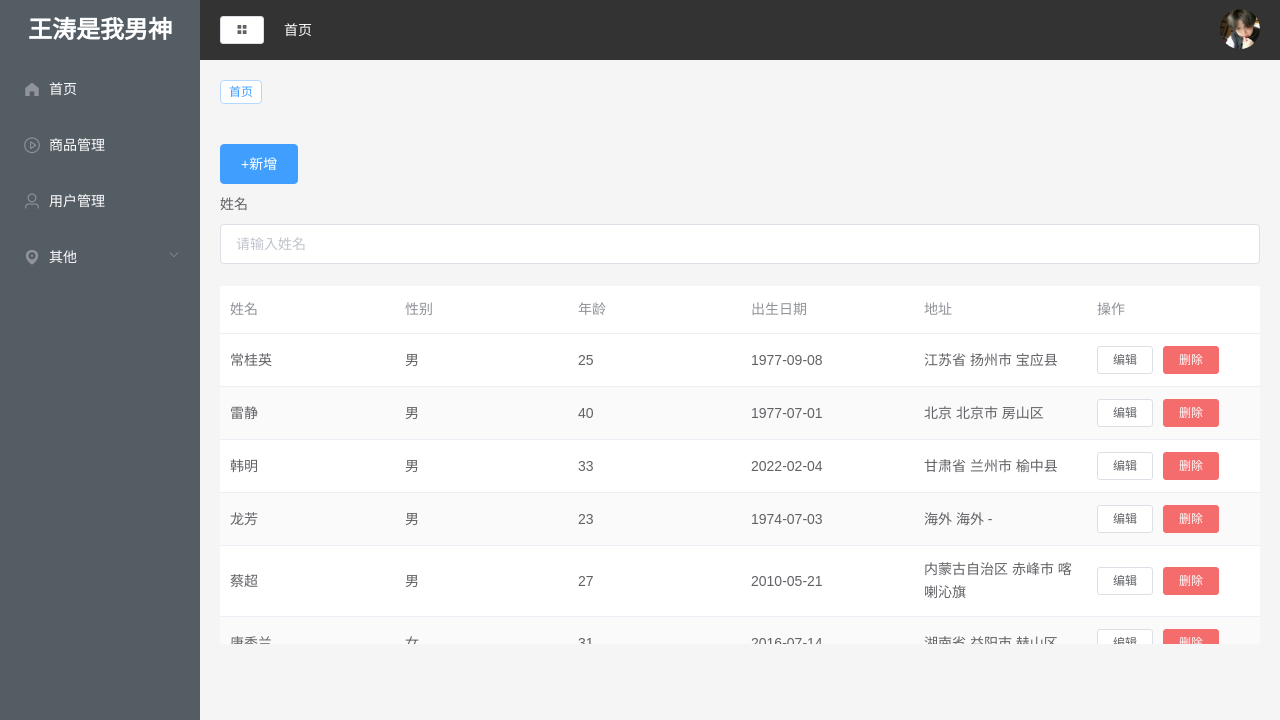
Repository: wangtao20230308/-
Page: /user
An editor plug-in stored every save of this project. The page is shown before and after the next save, followed by the edit.
The browser window is 1280 px wide. The pictures show the whole page.
The project was rebuilt for these pictures with package versions that can differ from the ones it lists, and the page was loaded fresh each time. Also part of the build but not shown: src/views/Home.vue, src/views/Mall.vue, src/views/PageOne.vue, src/views/PageTwo.vue.

Above is the page before, as saved 2023-03-27 13:47:05.

### src/main.js
import Vue from 'vue'
import App from './App.vue'
// //element-ui全局引入
// import ElementUI from 'element-ui';
// import 'element-ui/lib/theme-chalk/index.css';
// //element-ui转换成一个插件
// Vue.use(ElementUI);

//ele按需导入
import {
  Pagination,
  MessageBox,
  DatePicker,
  Select,
  Option,
  Form,
  FormItem,
  Input,
  Dialog,
  Tag,
  Breadcrumb,
  BreadcrumbItem,
  Table,
  TableColumn,
  Col,
  Row,
  Card,
  Button,
  Radio,
  Container,
  Aside,
  Header,
  Main,
  Menu,
  Submenu,
  MenuItemGroup,
  MenuItem,
  Dropdown,
  DropdownMenu,
  DropdownItem,
} from 'element-ui'
import 'element-ui/lib/theme-chalk/index.css'
import './assets/less/index.less'
Vue.use(Button)
Vue.use(Radio)
Vue.use(Container)
Vue.use(Aside)
Vue.use(Header)
Vue.use(Main)
Vue.use(Menu)
Vue.use(Submenu)
Vue.use(MenuItemGroup)
Vue.use(MenuItem)
Vue.use(Dropdown)
Vue.use(DropdownMenu)
Vue.use(DropdownItem)
Vue.use(Card)
Vue.use(Row)
Vue.use(Col)
Vue.use(Table)
Vue.use(TableColumn)
Vue.use(Breadcrumb)
Vue.use(BreadcrumbItem)
Vue.use(Tag)
Vue.use(Dialog)
Vue.use(Form)
Vue.use(FormItem)
Vue.use(Input)
Vue.use(Select)
Vue.use(Option)
Vue.use(DatePicker)
Vue.use(Pagination)

Vue.component(MessageBox.name, MessageBox) // 全局注册组件， 若使用Vue.use()会再初始时候执行一次，有bug
Vue.prototype.$message = MessageBox // 挂载到vm实例上
Vue.prototype.$confirm = MessageBox // 挂载到vm实例上

//路由引入
import router from './router'
import store from './store'
import './api/mock'

Vue.config.productionTip = false

new Vue({
  router,
  store, //把store挂载到vue实例上
  render: (h) => h(App),
}).$mount('#app')

### src/App.vue
<template>
  <div id="app">
    <router-view></router-view>
  </div>
</template>

<script>
//import HelloWorld from './components/HelloWorld.vue'

export default {
  name: 'App',
  components: {
    //HelloWorld
  },
}
</script>

<style lang="less">
html,
body,
h3,
p {
  padding: 0;
  margin: 0;
}
#app {
  height: 100vh;
}
</style>

### src/router/index.js
//import { hasOwnMetadata } from 'core-js/fn/reflect'
import Vue from 'vue'
import VueRouter from 'vue-router'
import Main from '../views/Main.vue'
import Home from '../views/Home.vue'
import User from '../views/User.vue'
import Mall from '../views/Mall.vue'
import PageOne from '../views/PageOne.vue'
import PageTwo from '../views/PageTwo.vue'

Vue.use(VueRouter)

const routes = [
  //主路由
  {
    path: '/',
    name: 'Main',
    //按需引入组件
    //原型：component: import()
    component: Main,
    redirect: '/home',
    children: [
      //子路由（嵌套路由）
      {
        //首页
        path: 'home',
        name: 'home',
        component: Home,
      },
      {
        //用户页
        path: 'user',
        name: 'user',
        component: User,
      },
      {
        //商品管理
        path: 'mall',
        name: 'mall',
        component: Mall,
      },
      {
        //页面1
        path: 'page1',
        name: 'page1',
        component: PageOne,
      },
      {
        //页面2
        path: 'page2',
        name: 'page2',
        component: PageTwo,
      },
      // {
      //   path: '/user',
      //   name: 'user',
      //   //按需引入组件
      //   //原型：component: import()
      //   component: () => import('../views/User')
      // }
    ],
  },
]

// new VueRouter({
//   mode: 'history',
// })
const router = new VueRouter({
  mode: 'history',
  routes,
})

//导出路由
export default router

### src/store/index.js
import Vue from 'vue'
import Vuex from 'vuex'
import tab from './tab'

//全局注入状态管理vuex
Vue.use(Vuex)

//创建vuex的实例
export default new Vuex.Store({
  modules: {
    tab,
  },
})

### src/api/mock.js
import Mock from 'mockjs'
import homeApi from './mockServeData/home'
import user from './mockServeData/user'

//定义mock请求拦截
// Mock.mock('/api/home/getData', 'get', function () {
//   //拦截到请求后的处理逻辑
//   console.log('拦截到了')
//   return 1
// })
Mock.mock('/api/home/getData', 'get', homeApi.getStatisticalData)

//用户列表的数据
Mock.mock('/api/user/add', 'post', user.createUser) //新增
Mock.mock('/api/user/edit', 'post', user.updateUser) //编辑
Mock.mock('/api/user/del', 'post', user.deleteUser) //删除
Mock.mock(/api\/user\/getUser/, 'get', user.getUserList) //获取表格数据

### src/assets/less/home.less
.home {
    .user {
      display: flex;
      align-items: center;
      padding-bottom: 20px;
      margin-bottom: 20px;
      border-bottom: 1px solid #ccc;
      img {
        width: 150px;
        height: 150px;
        border-radius: 50%;
        margin-right: 40px;
      }
      &info {
        .name {
          font-size: 32px;
          margin-bottom: 10px;
        }
        .access {
          color: #999999;
        }
      }
    }
    .login-info {
      p {
        line-height: 28px;
        font-size: 14px;
        color: #999999;
        span {
          color: #666666;
          margin-left: 60px;
        }
      }
    }
    .num {
      display: flex;
      flex-wrap: wrap;
      justify-content: space-between;
      .el-card {
        width: 32%;
        margin-bottom: 20px;
      }
      .icon {
        font-size: 30px;
        width: 80px;
        height: 80px;
        text-align: center;
        line-height: 80px;
        color: #fff;
      }
      .detail {
        margin-left: 15px;
        display: flex;
        flex-direction: column;
        justify-content: center;
        .num {
          font-size: 30px;
          margin-bottom: 10px;
        }
        .txt {
          font-size: 14px;
          text-align: center;
          color: #999999;
        }
      }
    }
    .graph {
      margin-top: 20px;
      display: flex;
      justify-content: space-between;
      .el-card {
        width: 48%;
      }
    }
  }

### src/views/Main.vue
<template>
  <el-container style="height: 100%">
    <el-aside width="auto">
      <!-- aside -->
      <common-aside></common-aside>
    </el-aside>
    <el-container>
      <el-header>
        <!-- Header -->
        <common-header></common-header>
      </el-header>
      <common-tag />
      <el-main>
        <!-- 路由出口，匹配到的组件都渲染在这里 -->
        <router-view></router-view>
      </el-main>
    </el-container>
  </el-container>
</template>

<script>
import CommonAside from '../components/CommonAside.vue'
import CommonHeader from '../components/CommonHeader.vue'
import commonTag from '../components/commonTag.vue'
export default {
  name: 'Main',
  components: {
    CommonAside,
    CommonHeader,
    commonTag,
  },
  data() {
    return {}
  },
}
</script>

<style lang="less" scoped>
.el-header {
  background-color: #333;
}
// .el-main {
//   padding-top: 0;
// }
</style>

### src/views/User.vue
<template>
  <div class="manage">
    <div>
      <el-dialog title="提示" :visible.sync="dialogVisible" width="50%" :before-close="handleClose">
        <!-- 用户的表单信息 -->
        <el-form ref="form" :model="form" label-width="80px" :inline="true" :rules="rules">
          <el-form-item label="姓名" prop="name">
            <el-input placeholder="请输入姓名" v-model="form.name"></el-input>
          </el-form-item>
          <el-form-item label="年龄" prop="age">
            <el-input placeholder="请输入年龄" v-model="form.age"></el-input>
          </el-form-item>
          <el-form-item label="性别" prop="sex">
            <el-select v-model="form.sex" placeholder="请选择">
              <el-option label="男" :value="1"></el-option>
              <el-option label="女" :value="0"></el-option>
            </el-select>
          </el-form-item>
          <el-form-item label="出生日期" prop="birth">
            <el-date-picker v-model="form.birth" type="datetime" placeholder="选择日期时间" value-format="yyyy-DD-MM"> </el-date-picker>
          </el-form-item>
          <el-form-item label="地址" prop="addr">
            <el-input placeholder="请输入地址" v-model="form.addr"></el-input>
          </el-form-item>
        </el-form>
        <span slot="footer" class="dialog-footer">
          <el-button @click="cancel">取 消</el-button>
          <el-button type="primary" @click="submit">确 定</el-button>
        </span>
      </el-dialog>
    </div>
    <div class="manage-header">
      <el-button type="primary" @click="handleAdd">+新增</el-button>
      <!-- form搜索区域 -->
      <el-form :model="serchForm">
        <el-form-item label="姓名" prop="name">
          <el-input placeholder="请输入姓名" v-model="serchForm.name"></el-input>
        </el-form-item>
      </el-form>
    </div>
    <div class="common-table">
      <el-table :data="tableData" style="width: 100%" height="90%" stripe>
        <el-table-column prop="name" label="姓名"> </el-table-column>
        <el-table-column prop="sex" label="性别">
          <template slot-scope="scope">
            <span>{{ scope.row.sex === 1 ? '男' : '女' }}</span>
          </template>
        </el-table-column>
        <el-table-column prop="age" label="年龄"> </el-table-column>
        <el-table-column prop="birth" label="出生日期"> </el-table-column>
        <el-table-column prop="addr" label="地址"> </el-table-column>
        <el-table-column prop="action" label="操作">
          <template slot-scope="scope">
            <el-button size="mini" @click="handleEidt(scope.row)">编辑</el-button>
            <el-button size="mini" type="danger" @click="handleDelete(scope.row)">删除</el-button>
          </template>
        </el-table-column>
      </el-table>
      <div class="pager">
        <el-pagination layout="prev, pager, next" :total="total" @current-change="handlePage"> </el-pagination>
      </div>
    </div>
  </div>
</template>
<script>
import { getUser, addUser, editUser, delUser } from '../api'
export default {
  name: 'User',
  data() {
    return {
      dialogVisible: false,
      form: {
        name: '',
        age: '',
        sex: '',
        birth: '',
        addr: '',
      },
      rules: {
        name: [{ required: true, message: '请输入姓名', trigger: 'blur' }],
        age: [{ required: true, message: '请输入年龄', trigger: 'blur' }],
        sex: [{ required: true, message: '请选择性别', trigger: 'blur' }],
        birth: [{ required: true, message: '请输入出生日期', trigger: 'blur' }],
        addr: [{ required: true, message: '请输入地址', trigger: 'blur' }],
      },
      tableData: [],
      modalType: 0, //通过该字段管理弹窗是新增还是删除，0表示新增，1表示删除
      total: 0, //当前总条数，默认为0
      pageData: {
        page: 1,
        limit: 10,
      }, //分页参数
      serchForm: {
        name: '',
      },
    }
  },
  methods: {
    //点击确定，提交用户表单
    submit() {
      this.$refs.form.validate((valid) => {
        //判断是否校验，参数valid为boolean值
        if (valid) {
          //校验成功，后续对表单的处理
          console.log(valid, 'valid')
          console.log(this.form, '拿到表单提交后的form数据')
          if (this.modalType === 0) {
            //如果·为0，调用新增接口addUser
            addUser(this.form).then(() => {
              //重新获取列表数据
              this.getList()
            })
          } else {
            editUser(this.form).then(() => {
              //重新获取列表数据
              this.getList()
            })
          }
          this.$refs.form.resetFields()
          //关闭弹窗
          this.dialogVisible = false
        }
      })
    },
    handleClose() {
      this.$refs.form.resetFields()
      this.dialogVisible = false
    },
    cancel() {
      this.handleClose()
    },
    // cancel() {
    //   this.$refs.form.resetFields()
    //   this.dialogVisible = false
    // },
    handleAdd() {
      this.modalType = 0
      this.dialogVisible = true
    },
    handleEidt(rowData) {
      this.modalType = 1
      console.log(rowData)
      this.dialogVisible = true
      //需要深拷贝，不然会直接修改会改变tableData里面的数据，会报错
      this.form = JSON.parse(JSON.stringify(rowData))
    },
    handleDelete(rowData) {
      console.log(rowData)
      this.$confirm('此操作将永久删除该文件, 是否继续?', '提示', {
        confirmButtonText: '确定',
        cancelButtonText: '取消',
        type: 'warning',
      })
        .then(() => {
          delUser({ id: rowData.id }).then(() => {
            this.$message({
              type: 'success',
              message: '删除成功!',
            })
            //重新获取列表数据
            this.getList()
          })
        })
        .catch(() => {
          this.$message({
            type: 'info',
            message: '已取消删除',
          })
        })
    },
    //选择页码回调,val是获取的页码值1、2、3、4、5....
    handlePage(val) {
      console.log(val, 'val')
      this.pageData.page = val
      this.getList()
    },
    //公共，获取列表数据
    getList() {
      // 获取列表数据
      getUser({ params: { ...this.serchForm.name, ...this.pageData } }).then(({ data }) => {
        console.log(data, 'data')
        this.tableData = data.list
        this.total = data.count || 0
      })
    },
  },
  mounted() {
    //每次加载重新刷新列表数据
    this.getList()
  },
}
</script>

<style lang="less" scoped>
.manage {
  height: 90%;
  .common-table {
    position: relative;
    height: calc(100% - 62px);
    .pager {
      position: absolute;
      bottom: 0;
      right: 20px;
    }
  }
}
</style>

### src/store/tab.js
//用来管理菜单的数据
export default {
  state: {
    isCollapse: false, // 控制菜单的展开还是收起
    tabsList: [
      {
        path: '/',
        name: 'home',
        label: '首页',
        icon: 's-home',
        url: 'Home/Home',
      },
    ], //面包屑数据
  },
  mutations: {
    //修改菜单展开收起的方法
    collapseMenu(state) {
      state.isCollapse = !state.isCollapse
    },
    //更新面包屑数据
    selectMenu(state, val) {
      //判断添加的数据是否为首页
      if (val.name !== 'home') {
        const index = state.tabsList.findIndex((item) => item.name === val.name)
        //如果不存在
        if (index === -1) {
          state.tabsList.push(val)
        }
      }
    },
    //删除指定的tag数据
    closeTag(state, item) {
      console.log(item, 'item')
      const index = state.tabsList.findIndex((val) => val.name === item.name)
      state.tabsList.splice(index, 1)
    },
  },
}

### src/api/mockServeData/home.js
// mock数据模拟
import Mock from 'mockjs'

// 图表数据
let List = []
export default {
  getStatisticalData: () => {
    //Mock.Random.float 产生随机数100到8000之间 保留小数 最小0位 最大0位
    for (let i = 0; i < 7; i++) {
      List.push(
        Mock.mock({
          苹果: Mock.Random.float(100, 8000, 0, 0),
          vivo: Mock.Random.float(100, 8000, 0, 0),
          oppo: Mock.Random.float(100, 8000, 0, 0),
          魅族: Mock.Random.float(100, 8000, 0, 0),
          三星: Mock.Random.float(100, 8000, 0, 0),
          小米: Mock.Random.float(100, 8000, 0, 0),
        })
      )
    }
    return {
      code: 20000,
      data: {
        // 饼图
        videoData: [
          {
            name: '小米',
            value: 2999,
          },
          {
            name: '苹果',
            value: 5999,
          },
          {
            name: 'vivo',
            value: 1500,
          },
          {
            name: 'oppo',
            value: 1999,
          },
          {
            name: '魅族',
            value: 2200,
          },
          {
            name: '三星',
            value: 4500,
          },
        ],
        // 柱状图
        userData: [
          {
            date: '周一',
            new: 5,
            active: 200,
          },
          {
            date: '周二',
            new: 10,
            active: 500,
          },
          {
            date: '周三',
            new: 12,
            active: 550,
          },
          {
            date: '周四',
            new: 60,
            active: 800,
          },
          {
            date: '周五',
            new: 65,
            active: 550,
          },
          {
            date: '周六',
            new: 53,
            active: 770,
          },
          {
            date: '周日',
            new: 33,
            active: 170,
          },
        ],
        // 折线图
        orderData: {
          date: ['20191001', '20191002', '20191003', '20191004', '20191005', '20191006', '20191007'],
          data: List,
        },
        //表格数据
        tableData: [
          {
            name: 'oppo',
            todayBuy: 500,
            monthBuy: 3500,
            totalBuy: 22000,
          },
          {
            name: 'vivo',
            todayBuy: 300,
            monthBuy: 2200,
            totalBuy: 24000,
          },
          {
            name: '苹果',
            todayBuy: 800,
            monthBuy: 4500,
            totalBuy: 65000,
          },
          {
            name: '小米',
            todayBuy: 1200,
            monthBuy: 6500,
            totalBuy: 45000,
          },
          {
            name: '三星',
            todayBuy: 300,
            monthBuy: 2000,
            totalBuy: 34000,
          },
          {
            name: '魅族',
            todayBuy: 350,
            monthBuy: 3000,
            totalBuy: 22000,
          },
        ],
      },
    }
  },
}

### src/components/CommonAside.vue
<template>
  <el-menu default-active="1-4-1" class="el-menu-vertical-demo" @open="handleOpen" @close="handleClose" :collapse="isCollapse" background-color="#545c64" text-color="#fff" active-text-color="#ffd04b">
    <h3>{{ isCollapse ? '王涛' : '王涛是我男神' }}</h3>
    <el-menu-item @click="clickMenu(item)" v-for="item in noChildrenMenu" :key="item.name" :index="item.name">
      <i :class="`el-icon-${item.icon}`"></i>
      <span slot="title">{{ item.label }}</span>
    </el-menu-item>
    <el-submenu v-for="item in hasChildrenMenu" :key="item.label" :index="item.label">
      <template slot="title">
        <i :class="`el-icon-${item.icon}`"></i>
        <span slot="title">{{ item.label }}</span>
      </template>
      <el-menu-item-group v-for="subItem in item.children" :key="subItem.path">
        <el-menu-item @click="clickMenu(subItem)" :index="subItem.path">{{ subItem.label }}</el-menu-item>
      </el-menu-item-group>
    </el-submenu>
  </el-menu>
</template>

<style lang="less">
.el-menu-vertical-demo:not(.el-menu--collapse) {
  width: 200px;
  min-height: 400px;
}
.el-menu {
  height: 100vh;
  border-right: none;
  h3 {
    color: #fff;
    // height: 48px;
    text-align: center;
    line-height: 60px;
    font-size: 24px;
    font-weight: 700;
    //喜欢哈哈哈
  }
}
</style>

<script>
export default {
  data() {
    return {
      // isCollapse: false,
      menuData: [
        {
          path: '/',
          name: 'home',
          label: '首页',
          icon: 's-home',
          url: 'Home/Home',
        },
        {
          path: '/mall',
          name: 'mall',
          label: '商品管理',
          icon: 'video-play',
          url: 'MallManage/MallManage',
        },
        {
          path: '/user',
          name: 'user',
          label: '用户管理',
          icon: 'user',
          url: 'UserManage/UserManage',
        },
        {
          label: '其他',
          icon: 'location',
          children: [
            {
              path: '/page1',
              name: 'page1',
              label: '页面1',
              icon: 'setting',
              url: 'Other/PageOne',
            },
            {
              path: '/page2',
              name: 'page2',
              label: '页面2',
              icon: 'setting',
              url: 'Other/PageTwo',
            },
          ],
        },
      ],
    }
  },
  methods: {
    handleOpen(key, keyPath) {
      console.log(key, keyPath)
    },
    handleClose(key, keyPath) {
      console.log(key, keyPath)
    },
    clickMenu(item) {
      console.log('======', item)
      if (this.$route.path !== item.path && !(this.$route.path === '/home' && item.path === '/')) this.$router.push(item.path)
      this.$store.commit('selectMenu', item)
    },
  },
  computed: {
    //没有子菜单的导航栏
    noChildrenMenu() {
      return this.menuData.filter((item) => !item.children)
    },
    //有子菜单的导航栏-->其他
    hasChildrenMenu() {
      return this.menuData.filter((item) => item.children)
    },
    isCollapse() {
      return this.$store.state.tab.isCollapse
    },
  },
}
</script>

### src/components/CommonHeader.vue
<template>
  <header>
    <div class="l-content">
      <el-button plain icon="el-icon-menu" size="mini" @click="handleMenu"></el-button>
      <!-- 面包屑 -->
      <el-breadcrumb separator="/">
        <el-breadcrumb-item v-for="item in tags" :key="item.path" :to="{ path: item.path }">{{ item.label }}</el-breadcrumb-item>
      </el-breadcrumb>
    </div>
    <div class="r-content">
      <el-dropdown trigger="click" size="mini">
        <span>
          <img class="user" :src="userImg" />
        </span>
        <el-dropdown-menu slot="dropdown">
          <el-dropdown-item>个人中心</el-dropdown-item>
          <el-dropdown-item>退出</el-dropdown-item>
        </el-dropdown-menu>
      </el-dropdown>
    </div>
  </header>
</template>

<script>
import { mapState } from 'vuex'
export default {
  name: 'CommonHeader',
  data() {
    return {
      userImg: require('../assets/images/user.png'),
    }
  },
  methods: {
    handleMenu() {
      this.$store.commit('collapseMenu')
    },
  },
  computed: {
    ...mapState({
      tags: (state) => state.tab.tabsList,
    }),
  },
}
</script>

<style lang="less" scoped>
header {
  display: flex;
  height: 100%;
  justify-content: space-between;
  align-items: center;
}
.l-content {
  display: flex;
  align-items: center;
  .el-button {
    margin-right: 20px;
  }
  /deep/ .el-breadcrumb__item {
    .el-breadcrumb__inner {
      font-style: normal;
      &.is-link {
        color: #666;
      }
    }
    &:last-child {
      .el-breadcrumb__inner {
        color: #fff;
      }
    }
  }
}
.r-content {
  .user {
    width: 40px;
    height: 40px;
    border-radius: 50%;
  }
}
</style>

### src/components/commonTag.vue
<template>
  <div class="tabs">
    <el-tag v-for="(item, index) in tags" :key="item.path" :effect="$route.name === item.name ? 'dark' : 'plain'" :closable="item.name !== 'home'" @click="changeMenu(item)" @close="handleClose(item, index)" size="small">
      {{ item.label }}
    </el-tag>
  </div>
</template>

<script>
import { mapState, mapMutations } from 'vuex'
export default {
  name: 'CommonTag',
  data() {
    return {}
  },
  computed: {
    ...mapState({
      tags: (state) => state.tab.tabsList,
    }),
  },
  methods: {
    ...mapMutations(['closeTag']),
    //点击tag跳转的功能
    changeMenu(item) {
      this.$router.push({ name: item.name })
    },
    //点击tag删除的功能
    handleClose(item, index) {
      // 调用store中的mutations
      this.closeTag(item)
      const length = this.tags.length
      //删除之后的跳转逻辑，1.删除非激活标签
      if (item.name !== this.$route.name) {
        return
      }
      //2.表示删除的最后一项激活标签
      if (index === length) {
        this.$router.push({ name: this.tags[index - 1].name })
      } else {
        this.$router.push({ name: this.tags[index].name })
      }
    },
  },
}
</script>

<style lang="less" scoped>
.tabs {
  padding: 20px;
  .el-tag {
    margin-right: 15px;
    cursor: pointer;
  }
}
</style>

### src/api/index.js
import http from '../utils/requst'

//请求首页数据
export const getData = () => {
  //返回一个promise对象,/home/getData这个链接由后端提供的get(请求链接，请求参数)
  return http.get('/home/getData')
}

//获取用户user页的列表、新增、编辑、删除数据
export const getUser = (params) => {
  return http.get('/user/getUser', params)
}

export const addUser = (data) => {
  return http.post('/user/add', data)
}

export const editUser = (data) => {
  return http.post('/user/edit', data)
}

export const delUser = (data) => {
  return http.post('/user/del', data)
}

### src/utils/requst.js
// axios的二次封装
import axios from 'axios'

//创建实列
const http = axios.create({
  //通用请求地址的前缀
  baseURL: '/api',
  //超时时间，就是最大的请求时间是多少
  timeout: 10000,
})

// 从axios中文官方文档直接copy，添加请求拦截器
http.interceptors.request.use(
  function (config) {
    // 在发送请求之前做些什么
    return config
  },
  function (error) {
    // 对请求错误做些什么
    return Promise.reject(error)
  }
)

// 添加响应拦截器
http.interceptors.response.use(
  function (response) {
    // 对响应数据做点什么
    return response
  },
  function (error) {
    // 对响应错误做点什么
    return Promise.reject(error)
  }
)

export default http

Loaded but not shown: public/index.html (common file); src/assets/less/index.less (common file); src/assets/less/common.less (common file); src/assets/less/reset.less (common file); src/api/mockServeData/user.js (133 lines, source omitted)

After the next save:
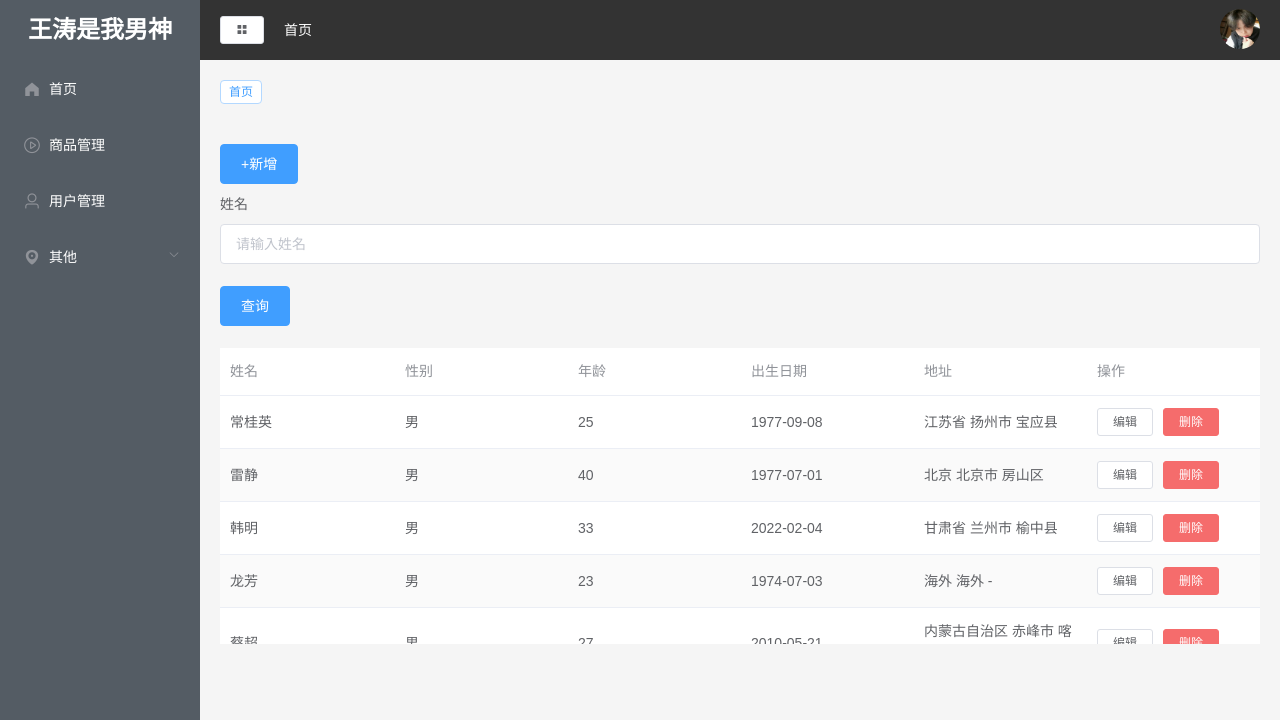
Saved 92 s later.
--- a/src/views/User.vue
+++ b/src/views/User.vue
@@ -35,6 +35,9 @@
       <el-form :model="serchForm">
         <el-form-item label="姓名" prop="name">
           <el-input placeholder="请输入姓名" v-model="serchForm.name"></el-input>
+        </el-form-item>
+        <el-form-item>
+          <el-button type="primary" @click="onSubmit">查询</el-button>
         </el-form-item>
       </el-form>
     </div>
